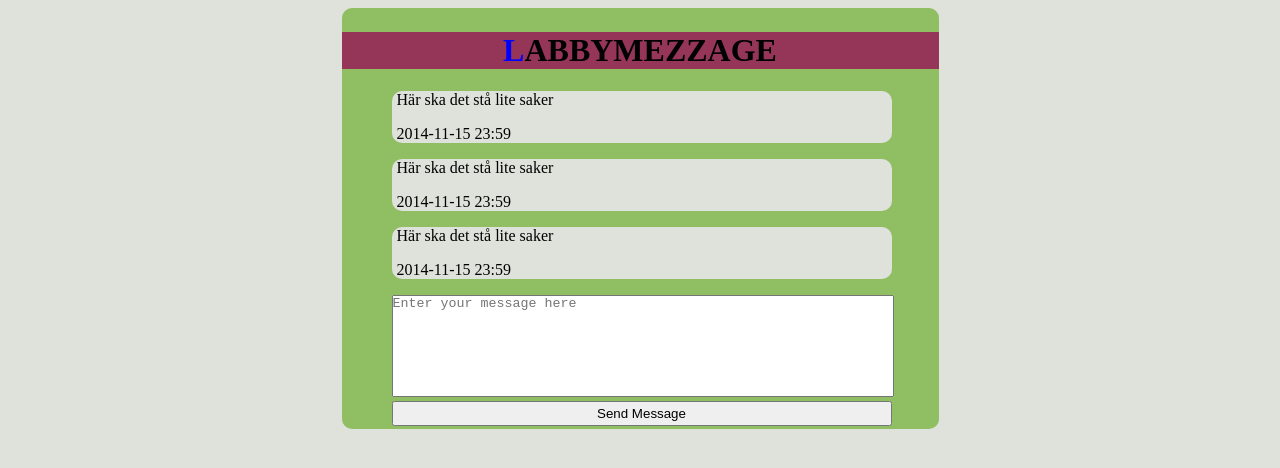
Repository: vr222bt/1dv403-laborationer
Page: 2-labbymezzage/index.html
The author's editor kept a record of every edit. The page is drawn from the files as they stood at one moment, then again after the next edit.
The browser window is 1280 px wide. The pictures show the whole page.

Above is the page before.

After the next edit:
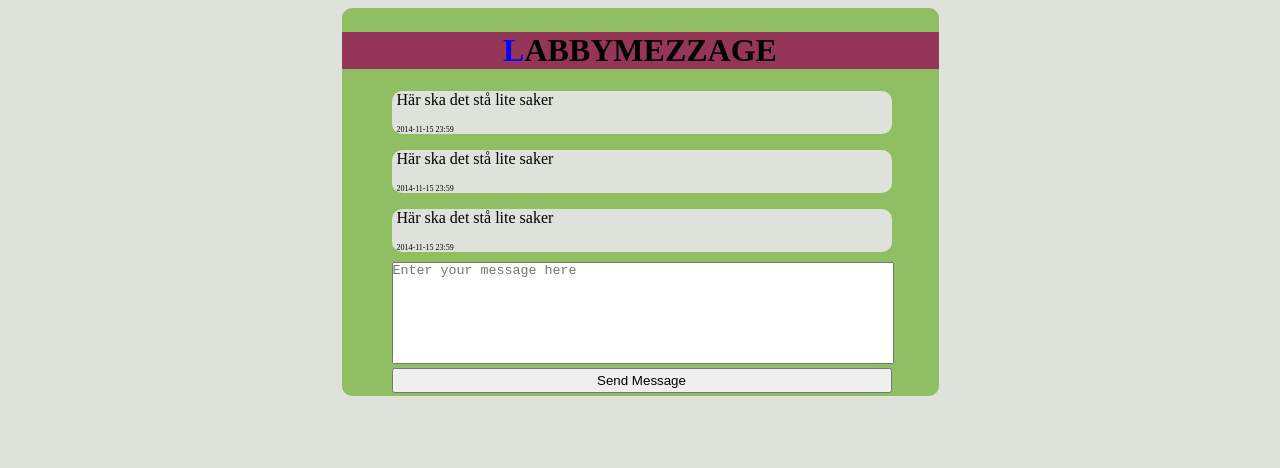
The edit:
--- a/2-labbymezzage/style.css
+++ b/2-labbymezzage/style.css
@@ -66,6 +66,7 @@
 
 .message footer
     {
-
+        text-align: left;
         padding-right: 5px;
+        font-size: 50%
     }
